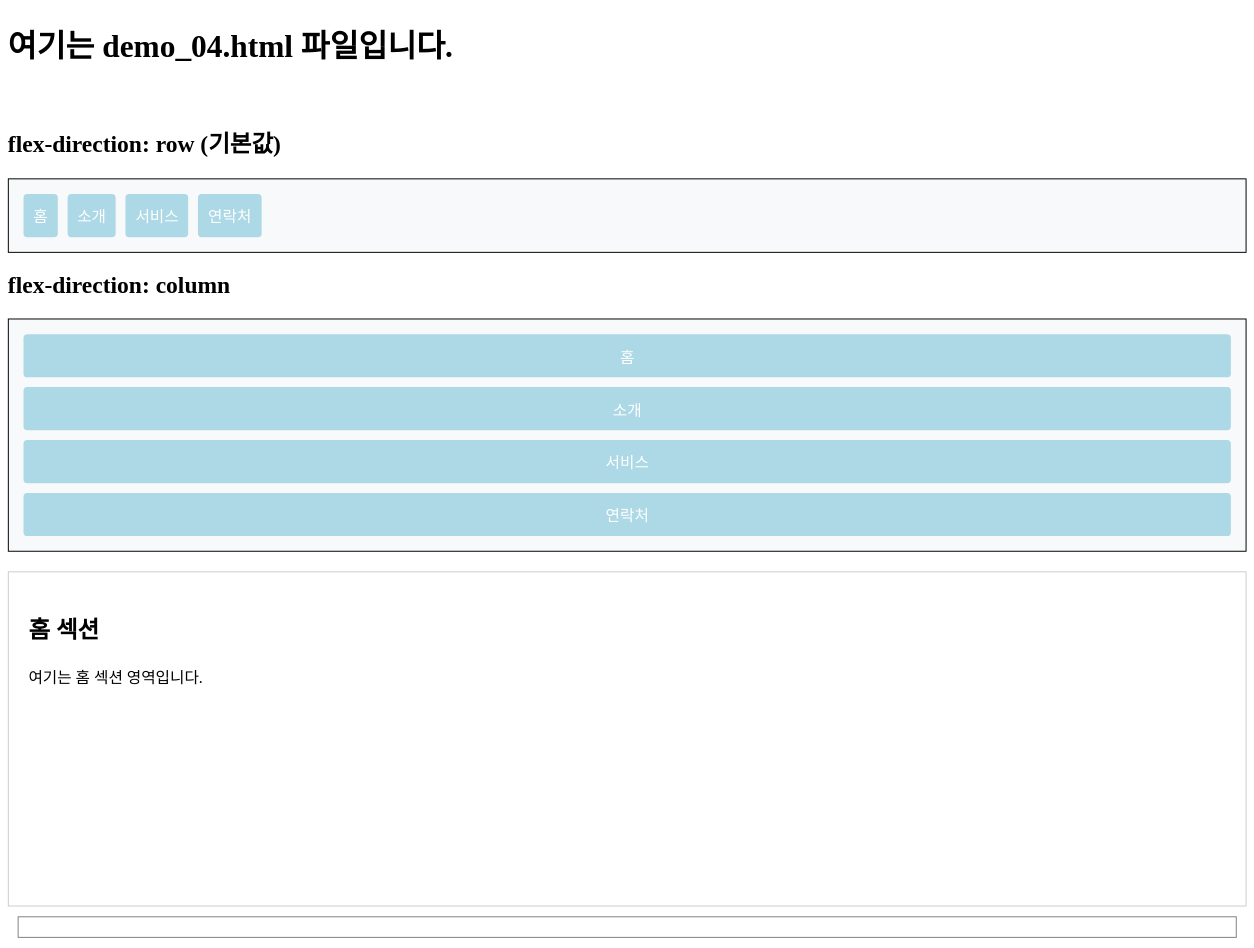
Repository: kimmingyeong225/totalJSP
Page: class_flexbox_011/src/main/webapp/demo_04.html
The author's editor kept a copy of each file at every save. The page is drawn from the files as they stood at one save, then again after the next save.
The browser window is 1280 px wide. The pictures show the whole page, at 98% of full size.

Above is the page before, as saved 2024-07-01 01:29:58.

After the next save:
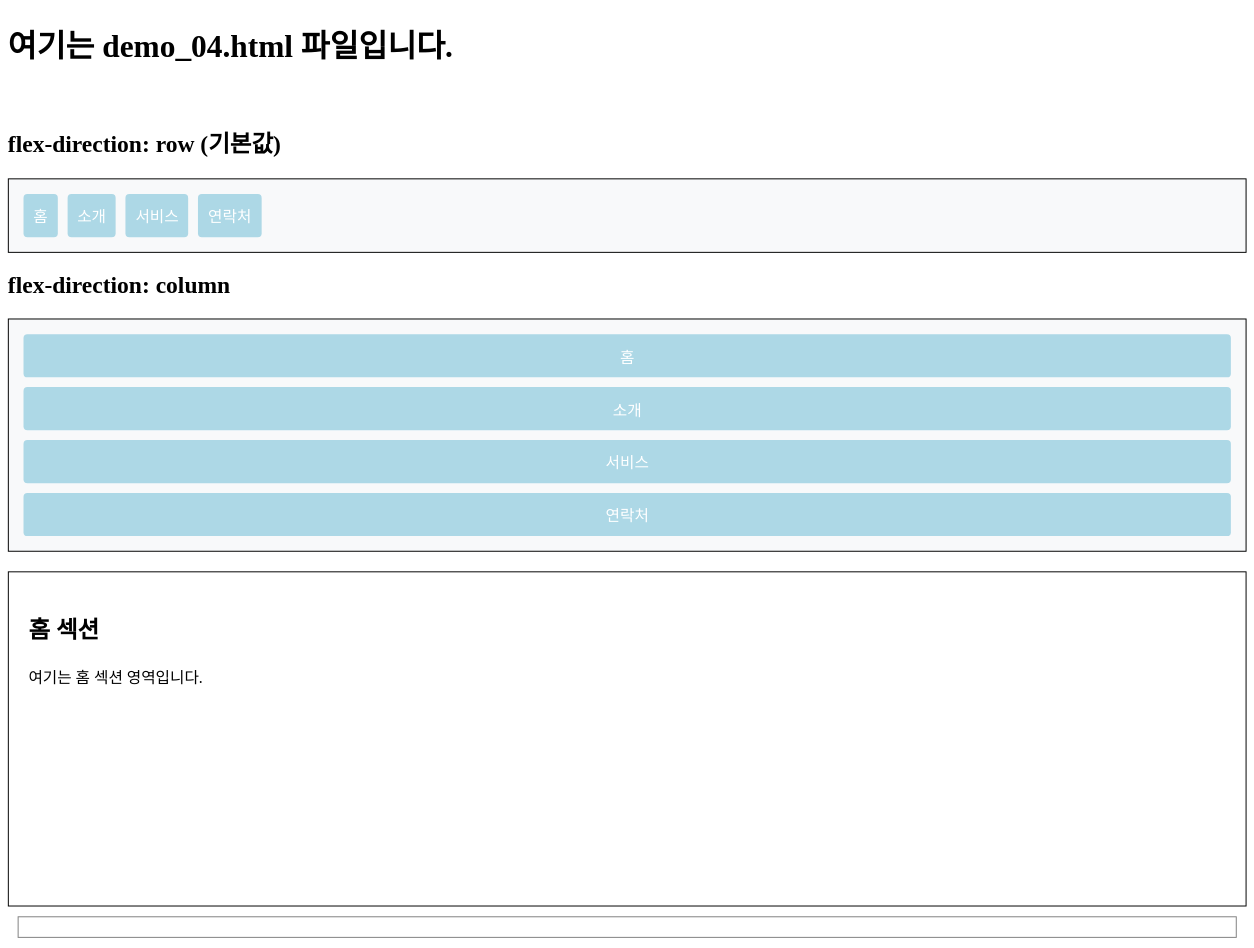
Saved 23 s later.
--- a/class_flexbox_011/src/main/webapp/demo_04.html
+++ b/class_flexbox_011/src/main/webapp/demo_04.html
@@ -46,7 +46,7 @@
     	height: 300px;
     	padding: 20px;
     	margin-top: 20px;
-    	border: 1px solid #CCC;
+    	border: 1px solid #000;
 
     }
 
